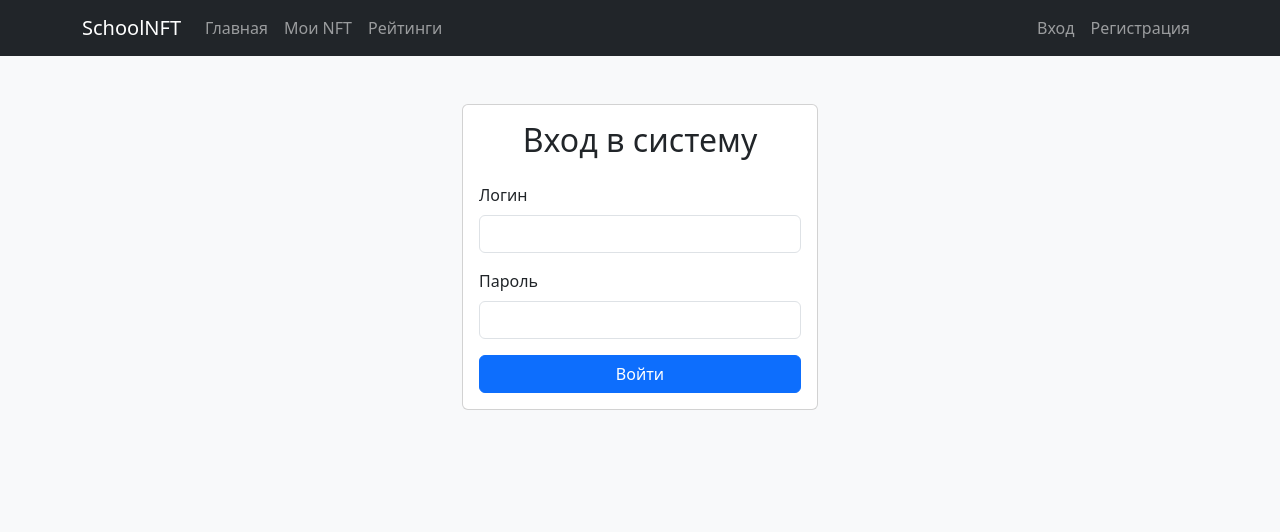
Repository: Igg9or/NFT
Page: http://localhost/login
An editor plug-in stored every save of this project. The page is shown before and after the next save, followed by the edit.
The browser window is 1280 px wide. The pictures show the whole page.
The page is served by the project's application, run on Flask 3 (app.py).

Above is the page before, as saved 2025-04-05 19:44:59.

### templates/auth/login.html
{% extends "layouts/base.html" %}

{% block content %}
<div class="row justify-content-center mt-5">
    <div class="col-md-4">
        <div class="card card-glass">
            <div class="card-body">
                <h2 class="text-center mb-4">Вход в систему</h2>
                <form method="POST" action="{{ url_for('login') }}">
                    <div class="mb-3">
                        <label for="username" class="form-label">Логин</label>
                        <input type="text" class="form-control" id="username" name="username" required>
                    </div>
                    <div class="mb-3">
                        <label for="password" class="form-label">Пароль</label>
                        <input type="password" class="form-control" id="password" name="password" required>
                    </div>
                    <button type="submit" class="btn btn-primary w-100">Войти</button>
                </form>
            </div>
        </div>
    </div>
</div>
{% endblock %}

### templates/layouts/base.html
<!DOCTYPE html>
<html lang="ru">
<head>
    <meta charset="UTF-8">
    <meta name="viewport" content="width=device-width, initial-scale=1.0">
    <title>School NFT Platform - {% block title %}{% endblock %}</title>
    <link href="https://cdn.jsdelivr.net/npm/bootstrap@5.3.0/dist/css/bootstrap.min.css" rel="stylesheet">
    <link rel="stylesheet" href="https://cdn.jsdelivr.net/npm/bootstrap-icons@1.10.0/font/bootstrap-icons.css">
    <link href="{{ url_for('static', filename='css/style.css') }}" rel="stylesheet">
    {% block extra_css %}{% endblock %}
</head>
<body>
    {% include 'layouts/navbar.html' %}

    <div class="container mt-4">
        {% with messages = get_flashed_messages(with_categories=true) %}
            {% if messages %}
                {% for category, message in messages %}
                    <div class="alert alert-{{ category }} alert-dismissible fade show">
                        {{ message }}
                        <button type="button" class="btn-close" data-bs-dismiss="alert"></button>
                    </div>
                {% endfor %}
            {% endif %}
        {% endwith %}

        {% block content %}{% endblock %}
    </div>

    <script src="https://cdn.jsdelivr.net/npm/bootstrap@5.3.0/dist/js/bootstrap.bundle.min.js"></script>
    <script src="{{ url_for('static', filename='js/script.js') }}"></script>
    {% block extra_js %}{% endblock %}
</body>
</html>

### templates/layouts/navbar.html
<nav class="navbar navbar-expand-lg navbar-dark bg-dark">
    <div class="container">
        <a class="navbar-brand" href="{{ url_for('dashboard') }}">SchoolNFT</a>
        <button class="navbar-toggler" type="button" data-bs-toggle="collapse" data-bs-target="#navbarNav">
            <span class="navbar-toggler-icon"></span>
        </button>
        <div class="collapse navbar-collapse" id="navbarNav">
            <ul class="navbar-nav me-auto">
                <li class="nav-item">
                    <a class="nav-link" href="{{ url_for('dashboard') }}">Главная</a>
                </li>
                <li class="nav-item">
                    <a class="nav-link" href="{{ url_for('my_nfts') }}">Мои NFT</a>
                </li>
                {% if session.get('role') in ['teacher', 'admin'] %}
                <li class="nav-item">
                    <a class="nav-link" href="{{ url_for('create_nft') }}">Создать NFT</a>
                </li>
                {% endif %}
                <li class="nav-item">
                    <a class="nav-link" href="{{ url_for('ratings') }}">Рейтинги</a>
                </li>
            </ul>
            <ul class="navbar-nav">
                {% if 'user_id' in session %}
                <li class="nav-item dropdown">
                    <a class="nav-link dropdown-toggle" href="#" role="button" data-bs-toggle="dropdown">
                        <i class="bi bi-person-circle"></i> {{ session['username'] }}
                    </a>
                    <ul class="dropdown-menu dropdown-menu-end">
                        <li><a class="dropdown-item" href="#">Профиль</a></li>
                        <li><hr class="dropdown-divider"></li>
                        <li><a class="dropdown-item" href="{{ url_for('logout') }}">Выйти</a></li>
                    </ul>
                </li>
                {% else %}
                <li class="nav-item">
                    <a class="nav-link" href="{{ url_for('login') }}">Вход</a>
                </li>
                <li class="nav-item">
                    <a class="nav-link" href="{{ url_for('register') }}">Регистрация</a>
                </li>
                {% endif %}
            </ul>
        </div>
    </div>
</nav>

### app.py
from flask import Flask, render_template, request, redirect, url_for, flash, session
from flask_sqlalchemy import SQLAlchemy
from werkzeug.security import generate_password_hash, check_password_hash
from datetime import datetime
import os

app = Flask(__name__)
app.config['SQLALCHEMY_DATABASE_URI'] = 'sqlite:///school_nft.db'
app.config['SECRET_KEY'] = 'your-secret-key-123'
app.config['UPLOAD_FOLDER'] = 'static/uploads'

db = SQLAlchemy(app)

class User(db.Model):
    id = db.Column(db.Integer, primary_key=True)
    username = db.Column(db.String(80), unique=True, nullable=False)
    password = db.Column(db.String(200), nullable=False)
    role = db.Column(db.String(20), nullable=False, default='student')
    class_grade = db.Column(db.String(10))
    profile_pic = db.Column(db.String(200), default='default.png')

class NFT(db.Model):
    id = db.Column(db.Integer, primary_key=True)
    title = db.Column(db.String(100), nullable=False)
    description = db.Column(db.Text, nullable=False)
    image_url = db.Column(db.String(200), nullable=False)
    rarity = db.Column(db.String(20), nullable=False, default='common')
    owner_id = db.Column(db.Integer, db.ForeignKey('user.id'), nullable=False)
    date_created = db.Column(db.DateTime, nullable=False, default=datetime.utcnow)
    owner = db.relationship('User', backref='nfts')

# Создаем папки при первом запуске
os.makedirs(app.config['UPLOAD_FOLDER'], exist_ok=True)

with app.app_context():
    db.create_all()
    if not User.query.filter_by(username='admin').first():
        admin = User(
            username='admin',
            password=generate_password_hash('admin123'),
            role='admin',
            class_grade='staff'
        )
        db.session.add(admin)
        db.session.commit()

# Регистрация
@app.route('/register', methods=['GET', 'POST'])
def register():
    if request.method == 'POST':
        username = request.form['username']
        password = generate_password_hash(request.form['password'])
        role = request.form['role']
        class_grade = request.form.get('class_grade', '')

        if User.query.filter_by(username=username).first():
            flash('Пользователь уже существует', 'danger')
            return redirect(url_for('register'))

        new_user = User(
            username=username,
            password=password,
            role=role,
            class_grade=class_grade
        )
        db.session.add(new_user)
        db.session.commit()

        flash('Регистрация успешна!', 'success')
        return redirect(url_for('login'))

    return render_template('auth/register.html')

# Вход
@app.route('/login', methods=['GET', 'POST'])
def login():
    if request.method == 'POST':
        username = request.form['username']
        password = request.form['password']
        user = User.query.filter_by(username=username).first()

        if user and check_password_hash(user.password, password):
            session['user_id'] = user.id
            session['username'] = user.username
            session['role'] = user.role
            return redirect(url_for('dashboard'))

        flash('Неверные учетные данные', 'danger')

    return render_template('auth/login.html')

# Выход
@app.route('/logout')
def logout():
    session.clear()
    return redirect(url_for('login'))

# Главная страница
@app.route('/dashboard')
def dashboard():
    if 'user_id' not in session:
        return redirect(url_for('login'))

    user = User.query.get(session['user_id'])
    recent_nfts = NFT.query.order_by(NFT.date_created.desc()).limit(5).all()

    return render_template('dashboard/dashboard.html',
                         user=user,
                         recent_nfts=recent_nfts)

# Создание NFT
@app.route('/create-nft', methods=['GET', 'POST'])
def create_nft():
    if 'user_id' not in session or session['role'] not in ['teacher', 'admin']:
        return redirect(url_for('login'))

    if request.method == 'POST':
        title = request.form['title']
        description = request.form['description']
        rarity = request.form['rarity']
        owner_id = request.form['owner_id']

        # Обработка загрузки изображения
        if 'image' in request.files:
            image = request.files['image']
            if image.filename != '':
                filename = f"{datetime.now().timestamp()}.{image.filename.split('.')[-1]}"
                image.save(os.path.join(app.config['UPLOAD_FOLDER'], filename))
                image_url = f"uploads/{filename}"

                new_nft = NFT(
                    title=title,
                    description=description,
                    image_url=image_url,
                    rarity=rarity,
                    owner_id=owner_id
                )
                db.session.add(new_nft)
                db.session.commit()

                flash('NFT успешно создан!', 'success')
                return redirect(url_for('my_nfts'))

    students = User.query.filter_by(role='student').all()
    return render_template('dashboard/create_nft.html', students=students)

# Мои NFT
@app.route('/my-nfts')
def my_nfts():
    if 'user_id' not in session:
        return redirect(url_for('login'))

    user = User.query.get(session['user_id'])
    return render_template('dashboard/my_nfts.html', user=user)

# Рейтинги
@app.route('/ratings')
def ratings():
    if 'user_id' not in session:
        return redirect(url_for('login'))

    # Топ пользователей по количеству NFT
    top_users = db.session.query(
        User.username,
        User.class_grade,
        db.func.count(NFT.id).label('nft_count')
    ).join(NFT).group_by(User.id).order_by(db.desc('nft_count')).limit(10).all()

    # Топ классов
    top_classes = db.session.query(
        User.class_grade,
        db.func.count(NFT.id).label('nft_count')
    ).join(NFT).group_by(User.class_grade).order_by(db.desc('nft_count')).all()

    return render_template('dashboard/ratings.html',
                         top_users=top_users,
                         top_classes=top_classes)

if __name__ == '__main__':
    app.run(debug=True)

### static/css/style.css
:root {
    --primary-color: #6c5ce7;
    --secondary-color: #a29bfe;
    --dark-color: #2d3436;
    --light-color: #f5f6fa;
    --success-color: #00b894;
    --danger-color: #d63031;
    --warning-color: #fdcb6e;
}

body {
    background-color: #f8f9fa;
    color: var(--dark-color);
}

.nft-card {
    transition: transform 0.3s;
    border: none;
    border-radius: 10px;
    overflow: hidden;
    box-shadow: 0 4px 6px rgba(0, 0, 0, 0.1);
}

.nft-card:hover {
    transform: translateY(-5px);
}

.nft-img-container {
    height: 200px;
    overflow: hidden;
}

.nft-img {
    width: 100%;
    height: 100%;
    object-fit: cover;
}

.rarity-common {
    border-left: 4px solid #636e72;
}

.rarity-rare {
    border-left: 4px solid #0984e3;
}

.rarity-legendary {
    border-left: 4px solid #e84393;
}

.user-avatar {
    width: 40px;
    height: 40px;
    border-radius: 50%;
    object-fit: cover;
}

.profile-avatar {
    width: 150px;
    height: 150px;
    border-radius: 50%;
    object-fit: cover;
    border: 5px solid white;
    box-shadow: 0 4px 6px rgba(0, 0, 0, 0.1);
}

.rating-card {
    border-radius: 10px;
    border: none;
    box-shadow: 0 4px 6px rgba(0, 0, 0, 0.1);
}

.rating-badge {
    font-size: 1rem;
    width: 40px;
    height: 40px;
    display: flex;
    align-items: center;
    justify-content: center;
    border-radius: 50%;
    background-color: var(--primary-color);
    color: white;
}

/* Адаптивность */
@media (max-width: 768px) {
    .nft-img-container {
        height: 150px;
    }
}

### static/js/script.js
document.addEventListener('DOMContentLoaded', function() {
    // Анимация карточек NFT
    const nftCards = document.querySelectorAll('.nft-card');
    nftCards.forEach(card => {
        card.addEventListener('mouseenter', function() {
            this.style.boxShadow = '0 10px 20px rgba(0, 0, 0, 0.2)';
        });

        card.addEventListener('mouseleave', function() {
            this.style.boxShadow = '0 4px 6px rgba(0, 0, 0, 0.1)';
        });
    });

    // Подтверждение удаления
    const deleteButtons = document.querySelectorAll('.delete-btn');
    deleteButtons.forEach(btn => {
        btn.addEventListener('click', function(e) {
            if (!confirm('Вы уверены, что хотите удалить этот NFT?')) {
                e.preventDefault();
            }
        });
    });

    // Превью загружаемого изображения
    const imageUpload = document.getElementById('image-upload');
    if (imageUpload) {
        imageUpload.addEventListener('change', function() {
            const file = this.files[0];
            if (file) {
                const reader = new FileReader();
                reader.onload = function(e) {
                    document.getElementById('image-preview').src = e.target.result;
                    document.getElementById('image-preview').style.display = 'block';
                }
                reader.readAsDataURL(file);
            }
        });
    }
});

After the next save:
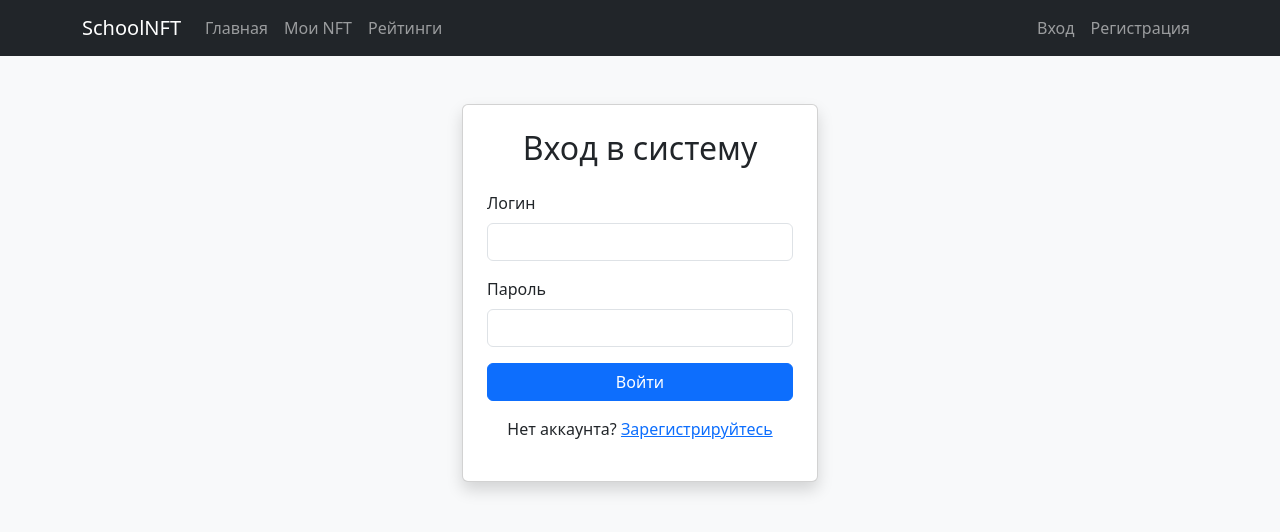
Saved 13 s later.
--- a/templates/auth/login.html
+++ b/templates/auth/login.html
@@ -1,10 +1,12 @@
 {% extends "layouts/base.html" %}
+
+{% block title %}Вход в систему{% endblock %}
 
 {% block content %}
 <div class="row justify-content-center mt-5">
-    <div class="col-md-4">
-        <div class="card card-glass">
-            <div class="card-body">
+    <div class="col-md-6 col-lg-4">
+        <div class="card shadow">
+            <div class="card-body p-4">
                 <h2 class="text-center mb-4">Вход в систему</h2>
                 <form method="POST" action="{{ url_for('login') }}">
                     <div class="mb-3">
@@ -17,6 +19,9 @@
                     </div>
                     <button type="submit" class="btn btn-primary w-100">Войти</button>
                 </form>
+                <div class="mt-3 text-center">
+                    <p>Нет аккаунта? <a href="{{ url_for('register') }}">Зарегистрируйтесь</a></p>
+                </div>
             </div>
         </div>
     </div>
